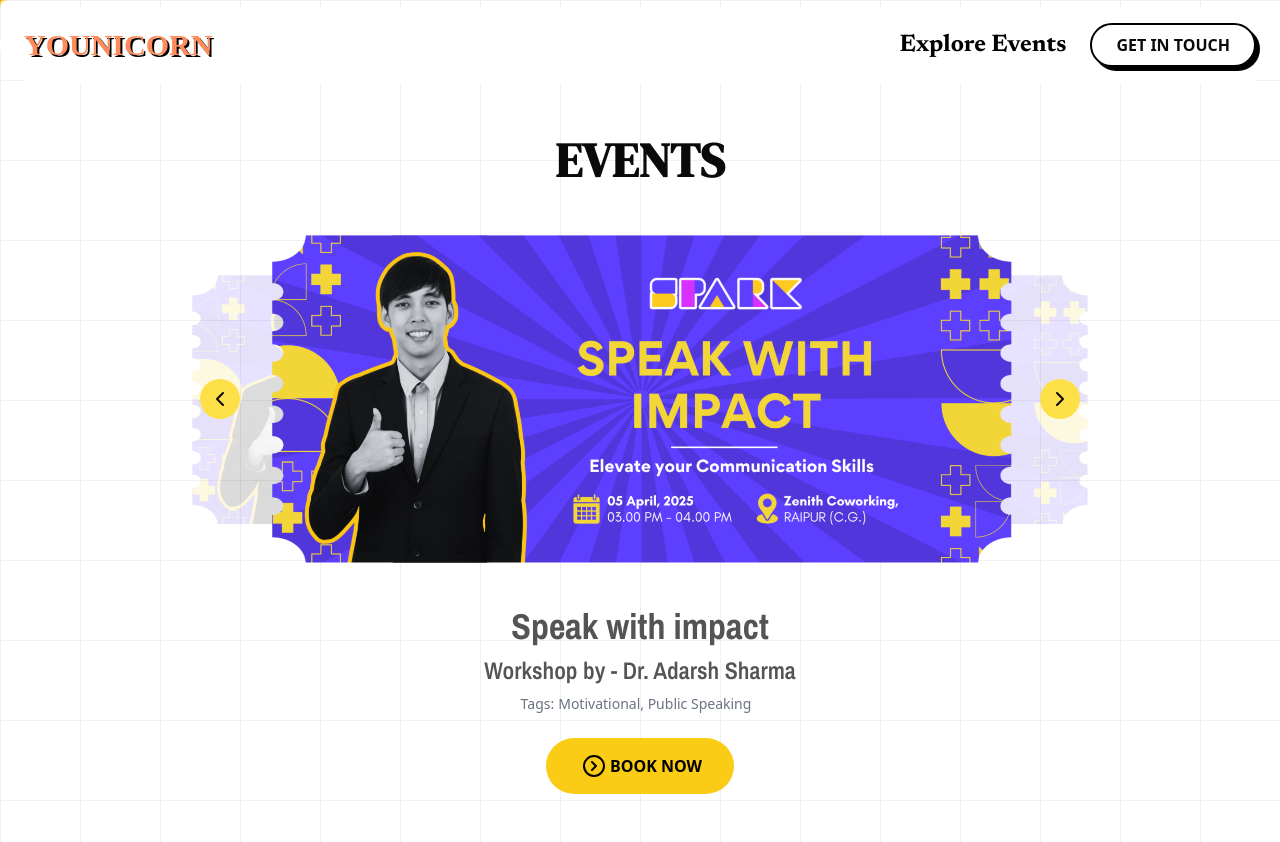
Repository: as-avni/dreamersite
Page: /events
The author's editor kept a copy of each file at every save. The page is drawn from the files as they stood at one save, then again after the next save.
The browser window is 1280 px wide. The pictures show the whole page.
Some web fonts or font styles are not loaded; a fallback is used. The project was rebuilt for these pictures with package versions that can differ from the ones it lists, and the page was loaded fresh each time. The framework's server and built-in components were replaced by stand-ins that run in the browser. Also part of the build but not shown: next.config.ts.

Above is the page before, as saved 2025-03-27 17:53:27.

### src/app/layout.tsx

import type { Metadata } from "next";
import { Geist, Geist_Mono } from "next/font/google";
import "./globals.css";
import Header from "@/components/navbar";

const geistSans = Geist({
  variable: "--font-geist-sans",
  subsets: ["latin"],
});

const geistMono = Geist_Mono({
  variable: "--font-geist-mono",
  subsets: ["latin"],
});

export const metadata: Metadata = {
  title: "Younicorn",
  description: "A community of entrepreneurs, aspiring entrepreneurs, leaders and professionals from any industry who come together to gain and give massive exposure to the leaders of tomorrow.",
};

export default function RootLayout({
  children,
}: Readonly<{
  children: React.ReactNode;
}>) {
  return (
    <html lang="en">
      <body className={`${geistSans.variable} ${geistMono.variable}`}>
        <Header />
        {children}
      </body>
    </html>
  );
}

### src/app/events/page.tsx
import CustomCursor from "@/hooks/CustomCursor"
import EventsPage from "./events-page"

export default function Home() {
    return (
        <main className="min-h-screen bg-white font-sans antialiased">
        <CustomCursor />
        <EventsPage />
        </main>
    )
}

### src/app/globals.css
@import url('https://fonts.googleapis.com/css2?family=Anek+Devanagari:wght@100..800&family=Khand:wght@300;400;500;600;700&family=Newsreader:ital,opsz,wght@0,6..72,200..800;1,6..72,200..800&family=Noto+Sans:ital,wght@0,100..900;1,100..900&family=Poppins:ital,wght@0,100;0,200;0,300;0,400;0,500;0,600;0,700;0,800;0,900;1,100;1,200;1,300;1,400;1,500;1,600;1,700;1,800;1,900&family=Rampart+One&display=swap');
@import url('https://fonts.googleapis.com/css2?family=Anek+Devanagari:wght@100..800&family=Archivo+Narrow:ital,wght@0,400..700;1,400..700&family=Khand:wght@300;400;500;600;700&family=Newsreader:ital,opsz,wght@0,6..72,200..800;1,6..72,200..800&family=Noto+Sans:ital,wght@0,100..900;1,100..900&family=Poppins:ital,wght@0,100;0,200;0,300;0,400;0,500;0,600;0,700;0,800;0,900;1,100;1,200;1,300;1,400;1,500;1,600;1,700;1,800;1,900&family=Rampart+One&display=swap');
@import url('https://fonts.googleapis.com/css2?family=Archivo+Narrow:ital,wght@0,400..700;1,400..700&display=swap');

@import url('https://fonts.googleapis.com/css2?family=DM+Serif+Display:ital@0;1&display=swap');


@tailwind base;
@tailwind components;
@tailwind utilities;

html,
body {
  max-width: 100vw;
  overflow-x: hidden;
}

* {
  cursor: none;
}
input, textarea, button, select, a {
  cursor: auto;
}

.blinking-cursor {
  display: inline-block;
  width: 10px;
  height: 5rem; /* Adjust height to match text size */
  vertical-align: middle; /* Align with text */
  animation: blink 0.8s steps(2, start) infinite;
  font-family: 'Courier New', monospace;
}

@keyframes blink {
  50% {
    opacity: 0;
  }
}

body {
  -webkit-font-smoothing: antialiased;
  -moz-osx-font-smoothing: grayscale;

}



* {
  box-sizing: border-box;
  padding: 0;
  margin: 0;
}

a {
  color: inherit;
  text-decoration: none;
}

@media (prefers-color-scheme: dark) {
  html {
    color-scheme: dark;
  }
}

@layer base {
  :root {
    --background: 0 0% 100%;
    --foreground: 0 0% 3.9%;
    --card: 0 0% 100%;
    --card-foreground: 0 0% 3.9%;
    --popover: 0 0% 100%;
    --popover-foreground: 0 0% 3.9%;
    --primary: 0 0% 9%;
    --primary-foreground: 0 0% 98%;
    --secondary: 0 0% 96.1%;
    --secondary-foreground: 0 0% 9%;
    --muted: 0 0% 96.1%;
    --muted-foreground: 0 0% 45.1%;
    --accent: 0 0% 96.1%;
    --accent-foreground: 0 0% 9%;
    --destructive: 0 84.2% 60.2%;
    --destructive-foreground: 0 0% 98%;
    --border: 0 0% 89.8%;
    --input: 0 0% 89.8%;
    --ring: 0 0% 3.9%;
    --chart-1: 12 76% 61%;
    --chart-2: 173 58% 39%;
    --chart-3: 197 37% 24%;
    --chart-4: 43 74% 66%;
    --chart-5: 27 87% 67%;
    --radius: 0.5rem;
  }
  .dark {
    --background: 0 0% 3.9%;
    --foreground: 0 0% 98%;
    --card: 0 0% 3.9%;
    --card-foreground: 0 0% 98%;
    --popover: 0 0% 3.9%;
    --popover-foreground: 0 0% 98%;
    --primary: 0 0% 98%;
    --primary-foreground: 0 0% 9%;
    --secondary: 0 0% 14.9%;
    --secondary-foreground: 0 0% 98%;
    --muted: 0 0% 14.9%;
    --muted-foreground: 0 0% 63.9%;
    --accent: 0 0% 14.9%;
    --accent-foreground: 0 0% 98%;
    --destructive: 0 62.8% 30.6%;
    --destructive-foreground: 0 0% 98%;
    --border: 0 0% 14.9%;
    --input: 0 0% 14.9%;
    --ring: 0 0% 83.1%;
    --chart-1: 220 70% 50%;
    --chart-2: 160 60% 45%;
    --chart-3: 30 80% 55%;
    --chart-4: 280 65% 60%;
    --chart-5: 340 75% 55%;
  }
}

@layer base {
  * {
    @apply border-border;
  }
  body {
    @apply bg-background text-foreground;
  }
}

### src/components/navbar.tsx
"use client";

import { useState } from "react";
import Link from "next/link";

export default function Header() {
  const [isOpen, setIsOpen] = useState(false);

  return (
    <header className="w-full py-4 px-6 flex items-center fixed justify-between top-[1%] z-50 bg-white bg-opacity-100 backdrop-blur-md rounded-full">
      {/* Logo */}
      <div className="flex-shrink-0">
        <Link href="/">
          <span
            className="text-3xl font-extrabold tracking-normal"
            style={{
              color: "#FF8C5A",
              textShadow: "2px 2px 0 #000",
              fontFamily: "Rampart One, cursive",
            }}
          >
            YOUNICORN
          </span>
        </Link>
      </div>

      {/* Mobile Menu Toggle */}
      <button
        className="md:hidden text-3xl"
        onClick={() => setIsOpen(!isOpen)}
      >
        ☰
      </button>

      {/* Navigation Links */}
      <div
        className={`flex flex-col md:flex-row items-center gap-6 ${
          isOpen ? "block" : "hidden md:flex"
        } absolute md:static top-16 left-0 w-full md:w-auto bg-white md:bg-transparent shadow-md md:shadow-none rounded-lg md:rounded-none p-4 md:p-0`}
      >
        <div className="flex flex-col md:flex-row items-center gap-4 md:gap-6 w-full md:w-auto space-y-4 md:space-y-0">
          <Link
            href="/events"
            className="font-bold text-2xl/7 text-black font-newsreader"
          >
            Explore Events
          </Link>

          <Link href="/contact">
            <div className="relative group">
              <div className="absolute inset-0 bg-black rounded-full translate-x-1 translate-y-1"></div>
              <button className="relative bg-white border-2 border-black rounded-full px-6 py-2 font-bold transition-transform group-hover:-translate-x-0.5 group-hover:-translate-y-0.5">
                GET IN TOUCH
              </button>
            </div>
          </Link>
        </div>
      </div>
    </header>
  );
}

### src/hooks/CustomCursor.tsx
"use client";

import { useEffect, useState } from "react";
import Image from "next/image";

export default function CustomCursor() {
  const [position, setPosition] = useState<{ x: number; y: number }>({ x: 0, y: 0 });

  useEffect(() => {
    const moveCursor = (e: MouseEvent) => {
      setPosition({ x: e.clientX, y: e.clientY });
    };

    window.addEventListener("mousemove", moveCursor);
    return () => window.removeEventListener("mousemove", moveCursor);
  }, []);

  return (
    <div
      style={{
        position: "fixed",  // Changed from "absolute" to "fixed"
        top: `${position.y}px`,
        left: `${position.x}px`,
        transform: "translate(-50%, -50%)",
        pointerEvents: "none",
        zIndex: 9999,  // Ensures it's above all elements
      }}
    >
      <Image src="/cursor.png" alt="Custom Cursor" width={40} height={40} />
    </div>
  );
}

### src/app/events/events-page.tsx
"use client"

import { useState } from "react"
import { ArrowRight, ChevronLeft, ChevronRight, ChevronRightCircle } from "lucide-react"
import Image from "next/image"
// import Link from "next/link"

// Event data
const events = [
{
    id: 1,
    image: "/images/event-ticket.png",
    title: "Speak with impact",
    presenter: "Dr. Adarsh Sharma",
    tags: ["Motivational", "Public Speaking"],
},
{
    id: 2,
    image: "/images/event-ticket.png",
    title: "Design Thinking Workshop",
    presenter: "Sarah Johnson",
    tags: ["Design", "Innovation"],
},
{
    id: 3,
    image: "/images/event-ticket.png",
    title: "Startup Funding Masterclass",
    presenter: "Michael Chen",
    tags: ["Business", "Finance"],
},
]

export default function EventsPage() {
const [currentIndex, setCurrentIndex] = useState(0)
const currentEvent = events[currentIndex]

const goToPrevious = () => {
    const isFirstSlide = currentIndex === 0
    const newIndex = isFirstSlide ? events.length - 1 : currentIndex - 1
    setCurrentIndex(newIndex)
}

const goToNext = () => {
    const isLastSlide = currentIndex === events.length - 1
    const newIndex = isLastSlide ? 0 : currentIndex + 1
    setCurrentIndex(newIndex)
}

return (
    <div className="min-h-screen bg-white bg-[linear-gradient(#f0f0f0_1px,transparent_1px),linear-gradient(90deg,#f0f0f0_1px,transparent_1px)] bg-[size:80px_80px] flex flex-col items-center px-4 py-8">


    {/* Events Heading */}8
    <h1 className="text-5xl font-bold mt-20 font-dmSerif">EVENTS</h1>

    {/* Event Carousel */}
    <div className="w-full max-w-4xl relative mb-8 my-10">
        {/* Navigation Arrows */}
        <button
        onClick={goToPrevious}
        className="absolute left-2 top-1/2 -translate-y-1/2 bg-yellow-300 rounded-full p-2 z-10 hover:bg-yellow-400 transition-colors"
        >
        <ChevronLeft className="h-6 w-6" />
        </button>
        <button
        onClick={goToNext}
        className="absolute right-2 top-1/2 -translate-y-1/2 bg-yellow-300 rounded-full p-2 z-10 hover:bg-yellow-400 transition-colors"
        >
        <ChevronRight className="h-6 w-6" />
        </button>

        {/* Event Ticket/Banner Image */}
        <div className="w-full h-[350px] rounded-2xl overflow-hidden">
            <Image
                src={currentEvent.image || "/placeholder.svg"}
                alt={currentEvent.title}
                width={800}
                height={220}
                className="w-full h-full object-contain"
            />
        </div>
    </div>

    {/* Event Details - Changes based on current carousel item */}
    <div className="text-center mb-4">
        <h2 className="text-4xl font-bold font-archivenarrow text-[#545454] tracking-normal mb-2">{currentEvent.title}</h2>
        <p className="text-2xl font-archivenarrow text-[#545454] font-semibold mb-2">Workshop by - {currentEvent.presenter}</p>

        <div className="flex justify-center items-center mb-6">
        <div className="inline-flex items-center">
            <span className="text-sm text-gray-500">Tags: </span>
            <span className="text-sm text-gray-500 ml-1">{currentEvent.tags.join(", ")}</span>
        </div>
        <div className="ml-2 text-yellow-500">
            {/* <svg width="16" height="16" viewBox="0 0 24 24" fill="none" xmlns="http://www.w3.org/2000/svg"> */}
            {/* <path d="M12 3L20 10L12 17L4 10L12 3Z" fill="currentColor" /> */}
            {/* </svg> */}
        </div>
        </div>

        <button className="bg-yellow-400 text-black px-8 py-3 rounded-full font-bold flex items-center mx-auto hover:bg-yellow-500 transition-colors">
        <div className=" rounded-full p-1">
            <ChevronRightCircle className="h-6 w-6" />
        </div>
        <span>BOOK NOW</span>
        </button>
    </div>
    </div>
)
}

### tailwind.config.js
/** @type {import('tailwindcss').Config} */
module.exports = {
    darkMode: ["class"],
    content: [
    "./app/**/*.{js,ts,jsx,tsx,mdx}",
    "./pages/**/*.{js,ts,jsx,tsx,mdx}",
    "./components/**/*.{js,ts,jsx,tsx,mdx}",
    "./src/**/*.{js,ts,jsx,tsx,mdx}",
],
	theme: {
		extend: {
			fontFamily: {
				poppins: [
					'Poppins',
					'sans-serif'
				],
				notosans: [
					'Noto Sans',
					'sans-serif'
				],
				rampartone: [
					'Rampart One',
					'cursive'
				],
				newsreader: [
					'Newsreader',
					'serif'
				],
				pacifico: [
					'Pacifico',
					'cursive'
				],
				dmSerif: [
					'DM Serif Display',
					"serif"
				],
				archivenarrow: [
					'Archivo Narrow',
					'sans-serif'
				]
			},
			borderRadius: {
				lg: 'var(--radius)',
				md: 'calc(var(--radius) - 2px)',
				sm: 'calc(var(--radius) - 4px)'
			},
			colors: {
				background: 'hsl(var(--background))',
				foreground: 'hsl(var(--foreground))',
				card: {
					DEFAULT: 'hsl(var(--card))',
					foreground: 'hsl(var(--card-foreground))'
				},
				popover: {
					DEFAULT: 'hsl(var(--popover))',
					foreground: 'hsl(var(--popover-foreground))'
				},
				primary: {
					DEFAULT: 'hsl(var(--primary))',
					foreground: 'hsl(var(--primary-foreground))'
				},
				secondary: {
					DEFAULT: 'hsl(var(--secondary))',
					foreground: 'hsl(var(--secondary-foreground))'
				},
				muted: {
					DEFAULT: 'hsl(var(--muted))',
					foreground: 'hsl(var(--muted-foreground))'
				},
				accent: {
					DEFAULT: 'hsl(var(--accent))',
					foreground: 'hsl(var(--accent-foreground))'
				},
				destructive: {
					DEFAULT: 'hsl(var(--destructive))',
					foreground: 'hsl(var(--destructive-foreground))'
				},
				border: 'hsl(var(--border))',
				input: 'hsl(var(--input))',
				ring: 'hsl(var(--ring))',
				chart: {
					'1': 'hsl(var(--chart-1))',
					'2': 'hsl(var(--chart-2))',
					'3': 'hsl(var(--chart-3))',
					'4': 'hsl(var(--chart-4))',
					'5': 'hsl(var(--chart-5))'
				}
			}
		}
	},
	plugins: [import("tailwindcss-animate")],
	}

After the next save:
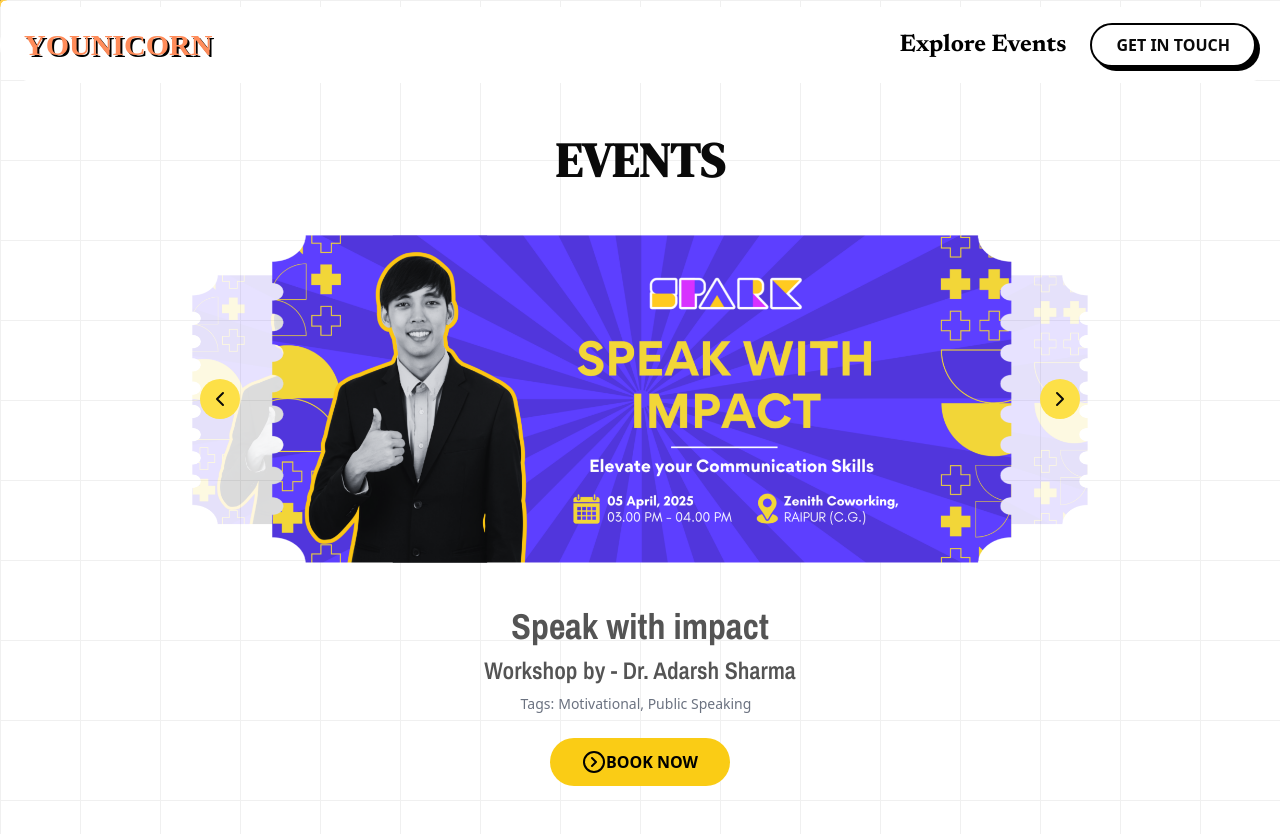
Saved 8 s later.
--- a/src/app/events/events-page.tsx
+++ b/src/app/events/events-page.tsx
@@ -99,7 +99,7 @@ return (
         </div>
 
         <button className="bg-yellow-400 text-black px-8 py-3 rounded-full font-bold flex items-center mx-auto hover:bg-yellow-500 transition-colors">
-        <div className=" rounded-full p-1">
+        <div className=" rounded-full">
             <ChevronRightCircle className="h-6 w-6" />
         </div>
         <span>BOOK NOW</span>
